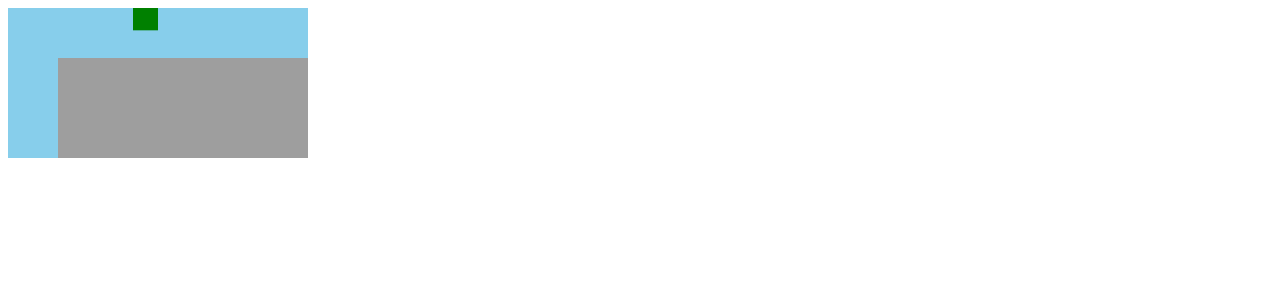
Repository: EN10/HTML5toFlappy
Page: 5-both.html
The author's editor kept a record of every edit. The page is drawn from the files as they stood at one moment, then again after the next edit.
The browser window is 1280 px wide. The pictures show the whole page.

Above is the page before.

After the next edit:
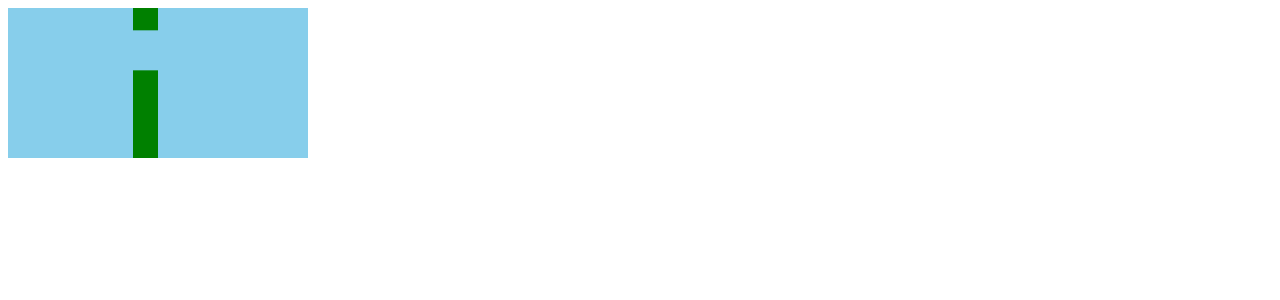
The edit:
--- a/5-both.html
+++ b/5-both.html
@@ -1,7 +1,7 @@
 <canvas id="draw">
 <script>
 var g = document.getElementById("draw").getContext("2d");
-var x = 300;    var y = 50;    var r = 75;    var speed = 0;
+var x = 300;    var y = 50;    var r = 75;    var speed = 1;
 setInterval(draw,10);
 setInterval(fall,30);
 window.onclick = flap;
